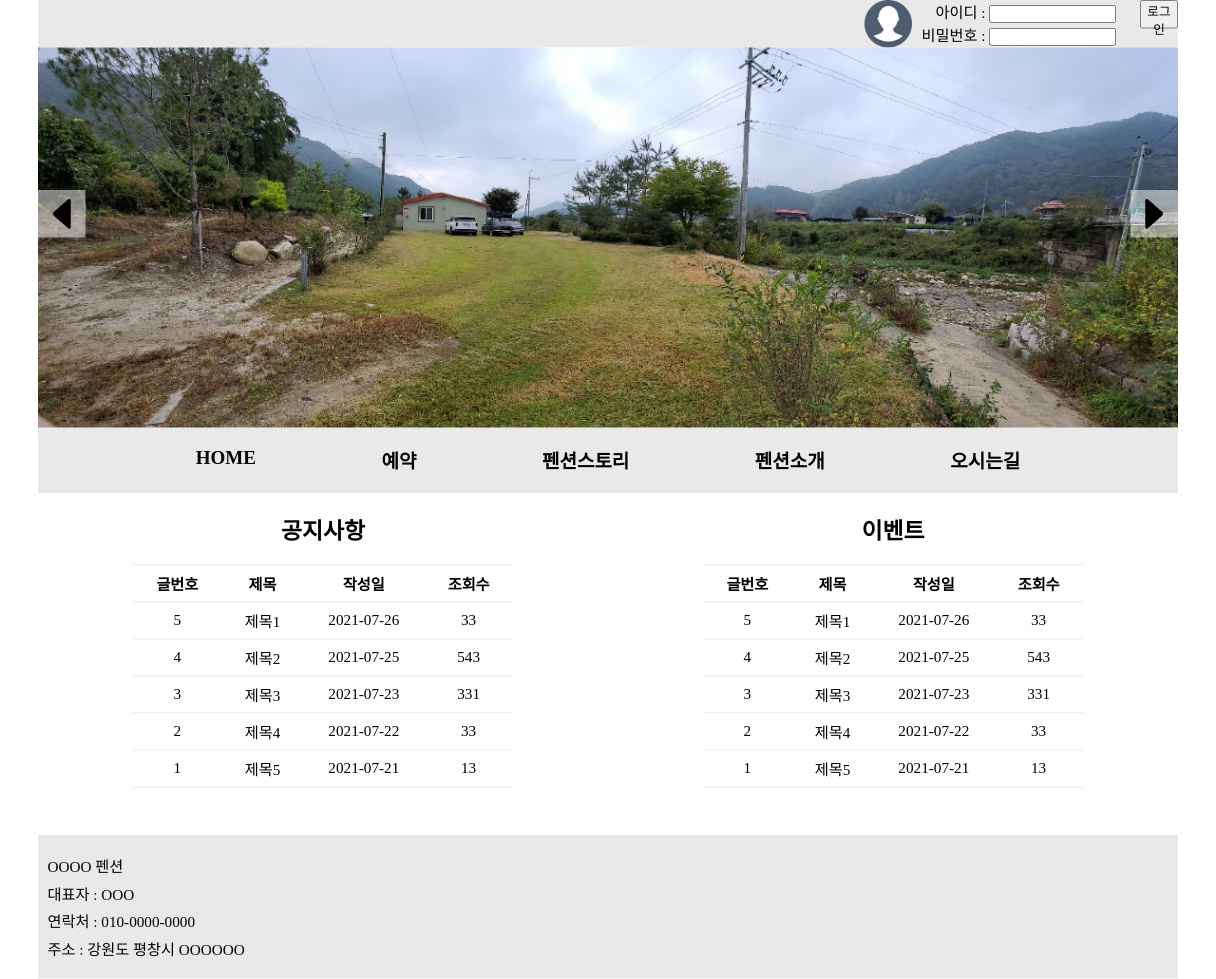
Repository: cdnwell/Jsp
Page: http://localhost/total/
These files come from the project's save history. The page is drawn as it stood at one moment and after the next save; the edit follows.
The browser window is 1280 px wide. The pictures show the whole page, at 95% of full size.
The page is served by Tomcat 9.

Above is the page before, as saved 2022-06-30 06:07:10.

### total/src/main/webapp/index.jsp
<%@ page language="java" contentType="text/html; charset=UTF-8"
    pageEncoding="UTF-8"%>
<!DOCTYPE html>
<html>
<head>
    <meta charset='utf-8'>
    <meta http-equiv='X-UA-Compatible' content='IE=edge'>
    <title>펜션</title>
    <meta name='viewport' content='width=device-width, initial-scale=1'>

</head>
<body>
<div class="flex_container">
<jsp:include page="template/pheader.jsp"></jsp:include>
<section>
    <article>
        <h2>공지사항</h2>
        <table>
            <tr>
                <th>글번호</th>
                <th>제목</th>
                <th>작성일</th>
                <th>조회수</th>
            </tr>
            <tr>
                <td>5</td>
                <td>제목1</td>
                <td>2021-07-26</td>
                <td>33</td>
            </tr>
            <tr>
                <td>4</td>
                <td>제목2</td>
                <td>2021-07-25</td>
                <td>543</td>
            </tr>
            <tr>
                <td>3</td>
                <td>제목3</td>
                <td>2021-07-23</td>
                <td>331</td>
            </tr>
            <tr>
                <td>2</td>
                <td>제목4</td>
                <td>2021-07-22</td>
                <td>33</td>
            </tr>
            <tr>
                <td>1</td>
                <td>제목5</td>
                <td>2021-07-21</td>
                <td>13</td>
            </tr>
        </table>
    </article>
    <article>
        <h2>이벤트</h2>
        <table>
            <tr>
                <th>글번호</th>
                <th>제목</th>
                <th>작성일</th>
                <th>조회수</th>
            </tr>
            <tr>
                <td>5</td>
                <td>제목1</td>
                <td>2021-07-26</td>
                <td>33</td>
            </tr>
            <tr>
                <td>4</td>
                <td>제목2</td>
                <td>2021-07-25</td>
                <td>543</td>
            </tr>
            <tr>
                <td>3</td>
                <td>제목3</td>
                <td>2021-07-23</td>
                <td>331</td>
            </tr>
            <tr>
                <td>2</td>
                <td>제목4</td>
                <td>2021-07-22</td>
                <td>33</td>
            </tr>
            <tr>
                <td>1</td>
                <td>제목5</td>
                <td>2021-07-21</td>
                <td>13</td>
            </tr>
        </table>
    </article>
</section>
<jsp:include page="template/pfooter.jsp"></jsp:include>
</div>
</body>
</html>

### total/src/main/webapp/template/pheader.jsp
<%@ page language="java" contentType="text/html; charset=UTF-8"
    pageEncoding="UTF-8"%>
<style>
        *{
            margin: 0;
            padding: 0;
        }
        .flex_container{
            display: flex;
            flex-direction: column;
            width: 1200px;
            margin: 0 auto;
            font-size: 0px;
        }
        #member_bar{
            height: 50px;
            background-color: #e9e9e9;
            text-align: right;

        }
        #member_bar img{
            width: 50px;
            float: left;
        }
        #member_bar > div > p{
            width: 200px;
            float: left;
            font-size: 16px;
            text-align: left;
            padding-left: 5px;
            margin-top: 2px;
        }
        #member_bar > div{
            width: 330px;
            display: inline-block;
        }
        nav{
            padding:20px 100px;
            background-color: #e9e9e9;
        }
        nav ul{
            list-style-type: none;
            display: flex;
            flex-direction: row;
            justify-content: space-around;
        }

        nav a:link,nav a:visited{
            font-size: 20px;
            font-weight: bold;
            text-decoration: none;
            color:black;
        }
        .ad_img {
            position: relative;
        }
        .ad_img button{
            background: none;
            border: none;
            position: absolute;
            background-color: rgba(255, 255, 255, 0.5);
            width: 50px;
            height: 50px;
        }
        .ad_img button img{
            width: 50px;
        }
        .left_arrow{
            top : calc(50% - 50px);
        }
        .right_arrow{
            top : calc(50% - 50px);
            right: 0px;
            transform: rotate(180deg);
        }
        section{
            margin-top: 20px;
            display: flex;
            flex-direction: row;
            justify-content: space-around;
        }
        section h2{
            font-size : 24px;
            margin-bottom: 20px;
            text-align: center;
        }
        section table{
            width: 100%;
            border-collapse: collapse;
            font-size: 16px;
            text-align: center;
        }
        section table td,section table th{
            padding:7px 20px;
            border-top: 1px solid #e9e9e9;
            border-bottom: 1px solid #e9e9e9;
        }

        article{
            width: 400px;
        }
        footer{
            margin-top: 50px;
            padding:15px 10px;
            font-size: 16px;
            background-color: #e9e9e9;
        }
        footer ul{
            list-style-type: none;
        }
        footer ul li{
            margin: 5px 0px;
        }

        #login_box{
        	font-size : 16px;
        	float:left;
        	margin-left : 10px
        }
        #member_bar input{
        	width:130px;
        }
        #member_bar button{
        	width:40px;
        	height:30px;
        }
    </style>


        <header>
   <div id="member_bar">
      <div>
         <img src="resource/images/profile.png" alt="">
         <div id="login_box">
         아이디 : <input type="text"> <br>
         비밀번호 : <input type="password"> <br>
         </div>
         <button>로그인</button>
      </div>
   </div>
   <div class="ad_img">
      <button class="left_arrow">
         <img src="resource/images/left_arrow.png" alt="">
      </button>
      <button class="right_arrow">
         <img src="resource/images/left_arrow.png" alt="">
      </button>
      <img src="resource/images/main_4.jpg" alt="">
   </div>
</header>
<nav>
   <ul>
      <li><a href="main.jsp">HOME</a></li>
      <li><a href="sub_page2.jsp">예약</a></li>
      <li><a href="#">펜션스토리</a></li>
      <li><a href="#">펜션소개</a></li>
      <li><a href="sub_page1.jsp">오시는길</a></li>
   </ul>
</nav>

### total/src/main/webapp/template/pfooter.jsp
<%@ page language="java" contentType="text/html; charset=UTF-8"
    pageEncoding="UTF-8"%>
<footer>
      <ul>
         <li>OOOO 펜션</li>
         <li>대표자 : OOO</li>
         <li>연락처 : 010-0000-0000</li>
         <li>주소 : 강원도 평창시 OOOOOO</li>
      </ul>
   </footer>

After the next save:
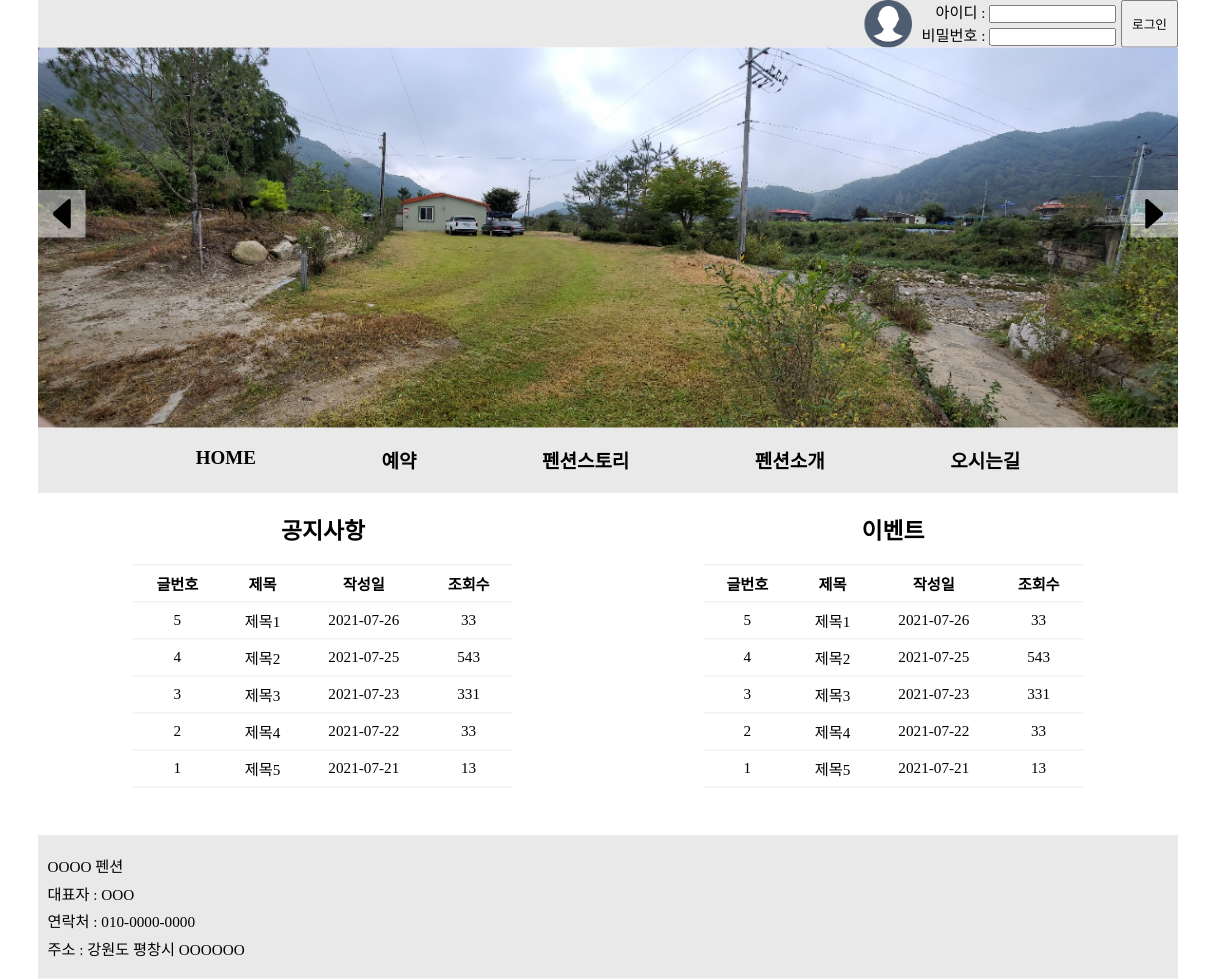
Saved 11 s later.
--- a/total/src/main/webapp/template/pheader.jsp
+++ b/total/src/main/webapp/template/pheader.jsp
@@ -121,8 +121,8 @@
         	width:130px;
         }
         #member_bar button{
-        	width:40px;
-        	height:30px;
+        	width:60px;
+        	height:50px;
         }
     </style>
 
